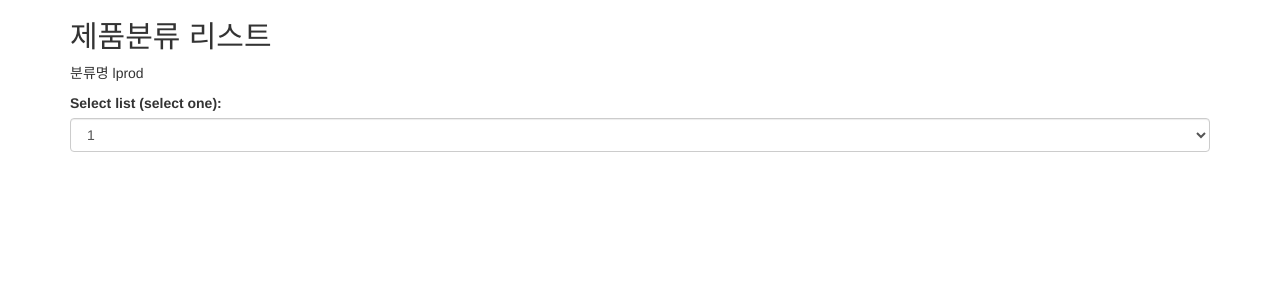
Repository: yul3220/WebProgrammingLecture
Page: jqpro/WebContent/2021-02-04/lpr_pr_boot.html
The author's editor kept a copy of each file at every save. The page is drawn from the files as they stood at one save, then again after the next save.
The browser window is 1280 px wide. The pictures show the whole page.

Above is the page before, as saved 2021-02-05 00:12:31.

### jqpro/WebContent/2021-02-04/lpr_pr_boot.html
<!DOCTYPE html>
<html>

<head>
	<meta charset="UTF-8">
	<title>Insert title here</title>
	<meta name="viewport" content="width=device-width, initial-scale=1">
	<link rel="stylesheet" href="https://maxcdn.bootstrapcdn.com/bootstrap/3.4.1/css/bootstrap.min.css">
	<script src="https://ajax.googleapis.com/ajax/libs/jquery/3.5.1/jquery.min.js"></script>
	<script src="https://maxcdn.bootstrapcdn.com/bootstrap/3.4.1/js/bootstrap.min.js"></script>
	<link rel="stylesheet" href="../css/public.css" />
	<style>
	</style>
	<script>
		$(function() {

		})

	</script>
</head>

<body>
	<div class="container">
		<h2>제품분류 리스트</h2>
		<p>분류명 lprod</p>
		<form>
			<div class="form-group">
				<label for="lprod">Select list (select one):</label>
				<select class="form-control" id="lprod">
					<option>1</option>
					<option>2</option>
					<option>3</option>
					<option>4</option>
				</select>
				<br>
			</div>
		</form>
	</div>
</body>

</html>

### jqpro/WebContent/css/public.css
@CHARSET "UTF-8";
pre{
	background-color : #c4f4f2;
	font-size : 14px;
	white-space: pre-wrap;

	/*
	   pre : 공백은 그대로 줄바꿈이 되지 않는다.
	   pre-wrap : 공백은 그대로 줄바꿈이 된다.
	   pre-line : 공백을 여러개 줘도 공백은 하나만 표시  줄바꿈된다.
	   nowrap : 공백을 여러개 줘도 공백은 하나만 표시 줄바꿈되지 않는다.

	*/
}

div.box {
	width : 100%;
	height : auto;
	margin : 10px;
	padding : 10px;
	border : 1px solid blue;
	background : #faf5f1;
}

.box input[type=button]{
    width : 90px;
    height: 30px;
    background: blue;
    color : white;
    padding : 5px 10px;
    border-radius: 10px;
    font-weight: bold;
	text-align: center;
}

.box div{
    width : 80%;
    height : auto;
    padding : 10px;
    border : 3px dotted #00ffeb;
    margin : 20px;
}

After the next save:
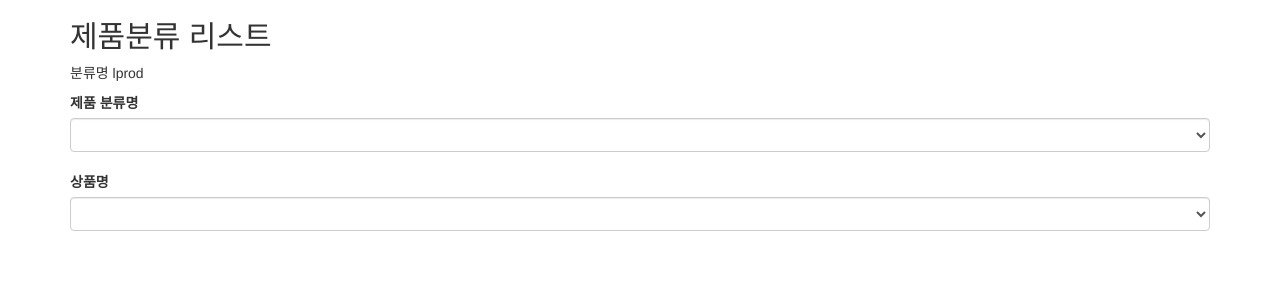
Saved 3 min 18 s later.
--- a/jqpro/WebContent/2021-02-04/lpr_pr_boot.html
+++ b/jqpro/WebContent/2021-02-04/lpr_pr_boot.html
@@ -25,14 +25,16 @@
 		<p>분류명 lprod</p>
 		<form>
 			<div class="form-group">
-				<label for="lprod">Select list (select one):</label>
+				<label for="lprod">제품 분류명</label>
 				<select class="form-control" id="lprod">
-					<option>1</option>
-					<option>2</option>
-					<option>3</option>
-					<option>4</option>
 				</select>
 				<br>
+
+				<label for="prod">상품명</label>
+				<select class="form-control" id="prod">
+				</select>
+
+
 			</div>
 		</form>
 	</div>
